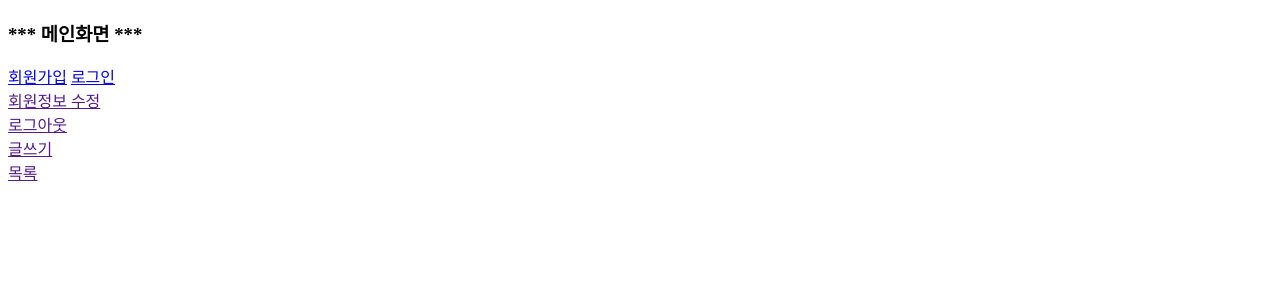
Repository: dahye1013/java-basic-learning
Page: http://localhost/memberJSP/main/index.jsp
These files come from the project's save history. The page is drawn as it stood at one moment and after the next save; the edit follows.
The browser window is 1280 px wide. The pictures show the whole page.
The page is served by Tomcat 9.

Above is the page before, as saved 2020-06-09 05:30:03.

After the next save:
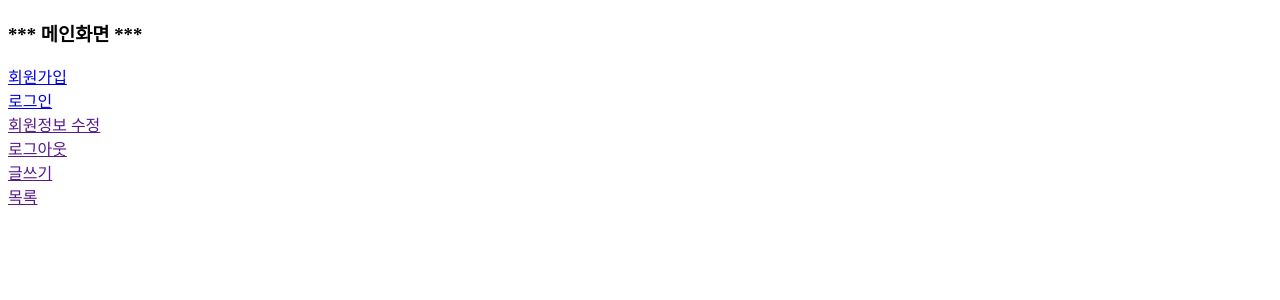
Saved 25 s later.
--- a/memberJSP/WebContent/main/index.jsp
+++ b/memberJSP/WebContent/main/index.jsp
@@ -8,7 +8,7 @@
 </head>
 <body>
 <h3>*** 메인화면 ***</h3>
-<a href="http://localhost:8080/memberJSP/member/writeForm.jsp">회원가입</a>
+<a href="http://localhost:8080/memberJSP/member/writeForm.jsp">회원가입</a><br>
 <a href="../member/loginForm.jsp">로그인</a><br>
 <a href="">회원정보 수정</a><br>
 <a href="">로그아웃</a><br>
